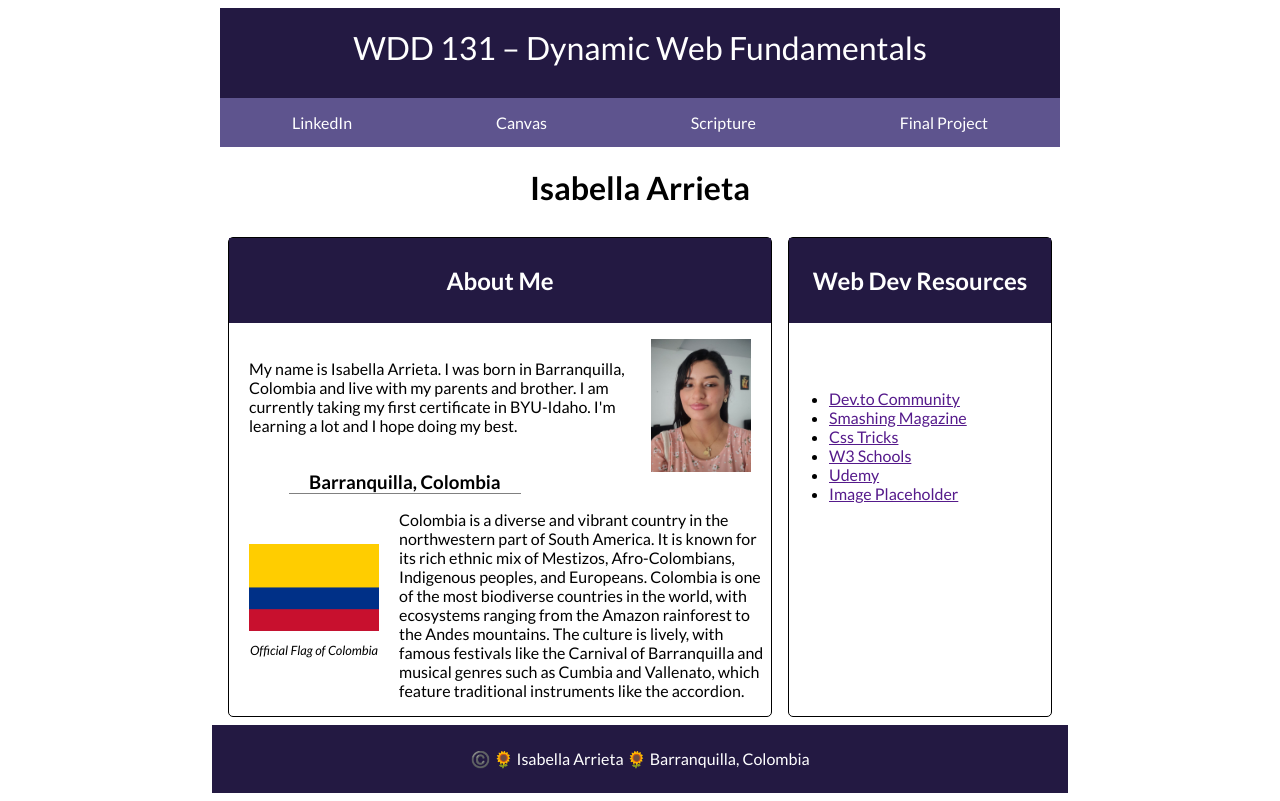
Repository: isaAJ05/wdd131
Page: index.html
These files come from the project's save history. The page is drawn as it stood at one moment and after the next save; the edit follows.
The browser window is 1280 px wide. The pictures show the whole page.
Some web fonts or font styles are not loaded; a fallback is used.

Above is the page before, as saved 2025-07-04 03:30:20.

### index.html
<!DOCTYPE html>
<html lang="en">
<head>
    <meta charset="UTF-8">
    <meta name="viewport" content="width=device-width, initial-scale=1.0">
    <title>WDD 131 – Dynamic Web Fundamentals – Isabella Arrieta</title>
    <meta name="description" content="WDD 131 – Dynamic Web Fundamentals Isabella Arrieta, This is a page about me">
    <meta name="author" content="Isabella Arrieta">
    <link rel="stylesheet" href="styles/base.css">
    <link rel="preconnect" href="https://fonts.googleapis.com">
    <link rel="preconnect" href="https://fonts.gstatic.com" crossorigin>
    <link href="https://fonts.googleapis.com/css2?family=Lato:ital,wght@0,100;0,300;0,400;0,700;0,900;1,100;1,300;1,400;1,700;1,900&family=Open+Sans:ital,wght@0,300..800;1,300..800&family=Play:wght@400;700&family=Raleway:ital,wght@0,100..900;1,100..900&display=swap" rel="stylesheet">
</head>
<body>
    <header>
        <div class="header-title">
            <span id="course-title">WDD 131 – Dynamic Web Fundamentals</span>
        </div>
        <nav>
            <a href="www.linkedin.com/in/isabella-arrieta">LinkedIn</a>
            <a href="https://byupw.instructure.com/">Canvas</a>
            <a href="https://www.churchofjesuschrist.org/study/scriptures/bofm/alma/30?lang=eng&id=p44#p44">Scripture</a>
            <a href="">Final Project</a>

        </nav>
    </header>
    <main>

        <h1>Isabella Arrieta</h1>
        <section class="card">
            <div class="rectangle">
                <h2>About Me</h2>
            </div>
            <div class="presentation">
            <img src ="images/isa-picture.jpg" alt="Isabella Arrieta picture">
            <p>My name is Isabella Arrieta. I was born in Barranquilla, Colombia and live with my parents and brother. I am currently taking my first certificate in BYU-Idaho. I'm learning a lot and I hope doing my best. </p>
            <h3>Barranquilla, Colombia</h3>
            </div>
            <div class="country">
            <figure>
                <img src ="images/640px-Flag_of_Colombia.svg.webp" alt="Colombia flag">
                <figcaption>Official Flag of Colombia</figcaption>
            </figure>
            <p>Colombia is a diverse and vibrant country in the northwestern part of South America. It is known for its rich ethnic mix of Mestizos, Afro-Colombians, Indigenous peoples, and Europeans. Colombia is one of the most biodiverse countries in the world, with ecosystems ranging from the Amazon rainforest to the Andes mountains. The culture is lively, with famous festivals like the Carnival of Barranquilla and musical genres such as Cumbia and Vallenato, which feature traditional instruments like the accordion.</p>
            </div>
            </section>
        <section class="card">
            <div class="rectangle">
                <h2>Web Dev Resources</h2>
            </div>
                <ul>
                <li><a href="">Dev.to Community</a></li>
                <li><a href="">Smashing Magazine</a></li>
                <li><a href="">Css Tricks</a></li>
                <li><a href="">W3 Schools</a></li>
                <li><a href="">Udemy</a></li>
                <li><a href="">Image Placeholder</a></li>
            </ul>

        </section>
    </main>
    <footer>
        <p>
            ©️<span id="currentyear"></span> 🌻 Isabella Arrieta 🌻 Barranquilla, Colombia
        </p>
        <p>
            <span id="lastModified"></span>
        </p>
    </footer>

</body>
</html>

### styles/base.css
:root {
    --primary-color: #231942;
    --secondary-color: #5e548e;
    --accent1-color: #ffafcc;
    --accent2-color: #bde0fe;
    --accent3-color: #a2d2ff;
    --heading-font: "Lato", sans-serif;
    --body-font: "Lato", sans-serif;
}
header, main, footer {
    width: 840px;
    margin: 0 auto;
    font-family: var(--body-font);
}
.course-title{
    display: block;

}
.header-title {
    color:white;
	height: 50px;
    padding: 20px;
    font-size: 2rem;
    text-align: center;
    background: var(--primary-color);
    font-family: var(--heading-font);

}

nav{
    display: flex;
    justify-content: space-around;
    text-decoration: none;
    background: var(--secondary-color);
}
nav a{
    color: #fff;
    text-decoration: none;
    padding: 15px;
}

nav a:hover {
	text-decoration: overline;
}

/* larger/wider views **************************/
@media (min-width: 640px) {
	nav ul {
		display: flex;
	}

	nav ul li {
		flex: 1 0 auto;
}

main{
    display: grid;
    grid-template: auto 1fr / 2fr 1fr;
}
main h1{
    grid-column: 1/3;
    text-align: center;
    font-family: var(--heading-font);
}
section{
    border: 1px solid black;
    border-radius: 5px;
    margin: 8px;
}

.card .rectangle{
    color:white;
    padding: 8px;
    text-align: center;
    background: var(--primary-color);


}
.presentation img{
    float: right;
    padding: 0px 20px 20px 20px;
    width:100px ;
    height: auto;

}
.presentation p{
    padding: 20px 20px;
}
.card h3{
    display: inline-block;
    border-bottom: 1px solid gray;
    padding: 0 20px;
    margin: 0 60px;
    text-align: center;
    align-items: center;
}

.country{
    display: flex;
    flex: 1 0 auto;
    align-items: center;
}
.card figure{
    margin: 0;
    padding: 0;
}
.card figure img{
    width: 130px;
    height: auto;
    padding: 0 20px;
}
.card figure figcaption{
    text-align: center;
    font-style: italic;
    padding: 8px;
    font-size: 0.8rem;
}


.card ul{
    padding-top: 50px;
}

footer{
    color:  #fff;
    background: var(--primary-color);
    text-align: center;
    padding: 8px;
}

After the next save:
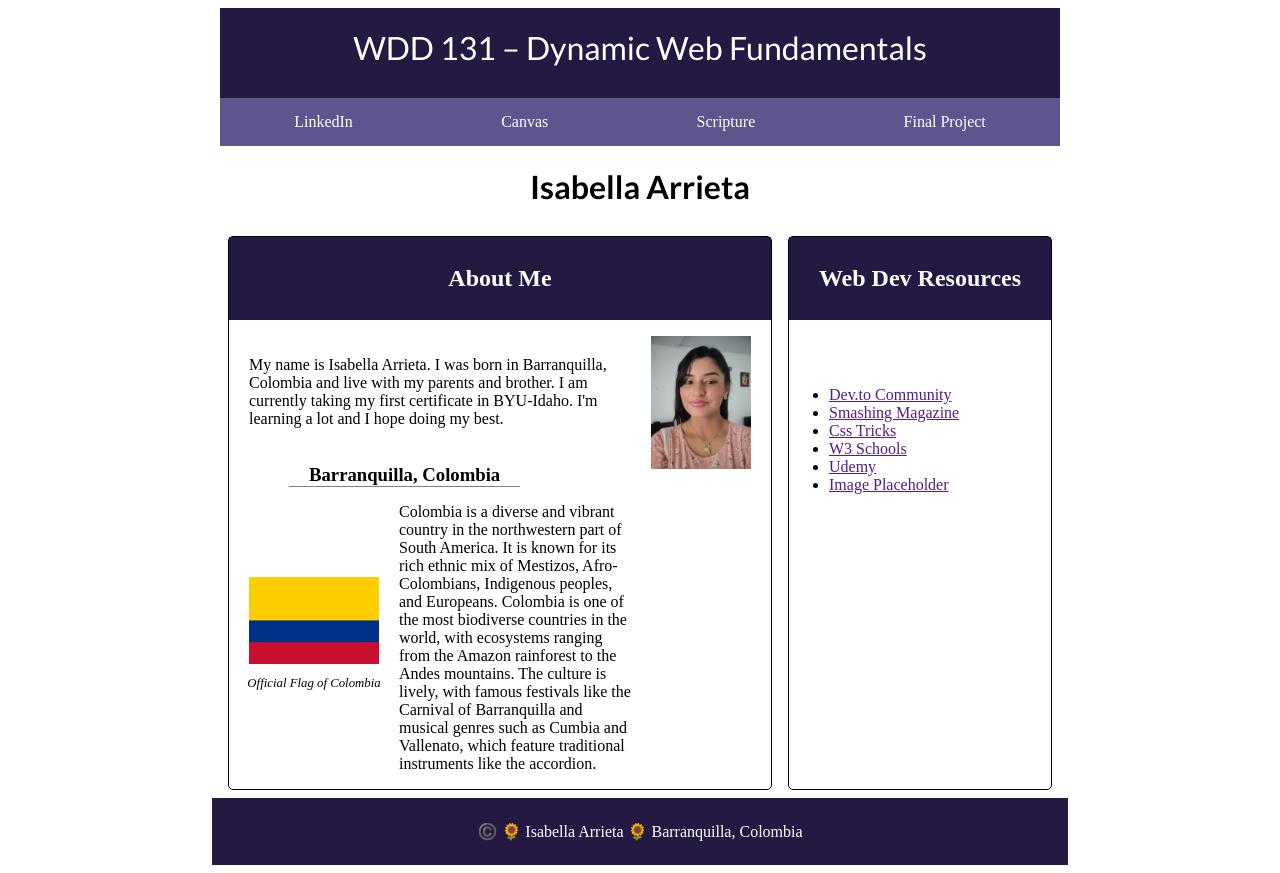
Saved 71 s later.
--- a/styles/base.css
+++ b/styles/base.css
@@ -5,7 +5,7 @@
     --accent2-color: #bde0fe;
     --accent3-color: #a2d2ff;
     --heading-font: "Lato", sans-serif;
-    --body-font: "Lato", sans-serif;
+    --font: "Lato", sans-serif;
 }
 header, main, footer {
     width: 840px;
